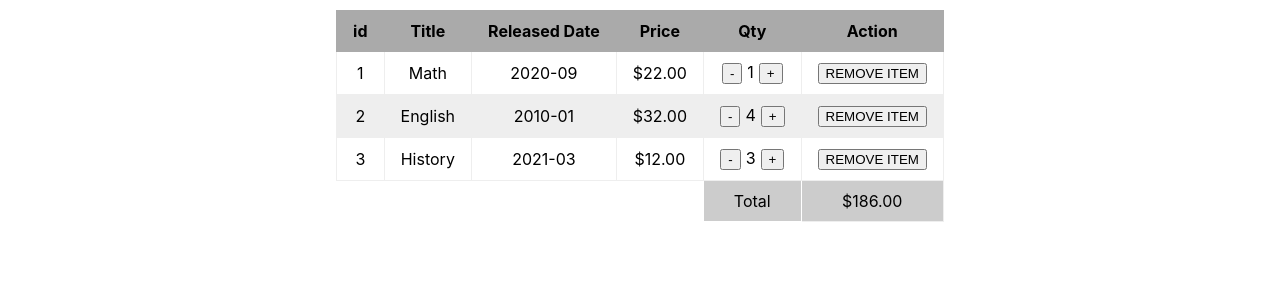
Repository: vgg1kkh/myBookStoreBasket
Page: /
The author's editor kept a copy of each file at every save. The page is drawn from the files as they stood at one save, then again after the next save.
The browser window is 1280 px wide. The pictures show the whole page.
The project was rebuilt for these pictures with package versions that can differ from the ones it lists, and the page was loaded fresh each time.

Above is the page before, as saved 2021-10-07 19:45:02.

After the next save:
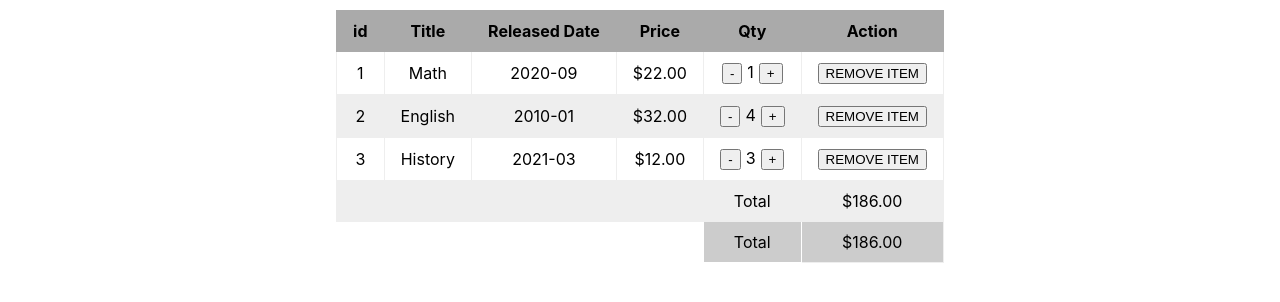
Saved 45 min 43 s later.
--- a/src/App.js
+++ b/src/App.js
@@ -108,6 +108,14 @@ export default class App extends Component {
               {this.state.bookList.length > 0
                 ? this.renderBooks()
                 : this.renderEmyptTip()}
+               <tr>
+                <td></td>
+                <td></td>
+                <td></td>
+                <td></td>
+                <td>Total</td>
+                <td>{formatPrice(this.getTotalPrice())}</td>
+              </tr>
               <tr>
                 <td></td>
                 <td></td>
